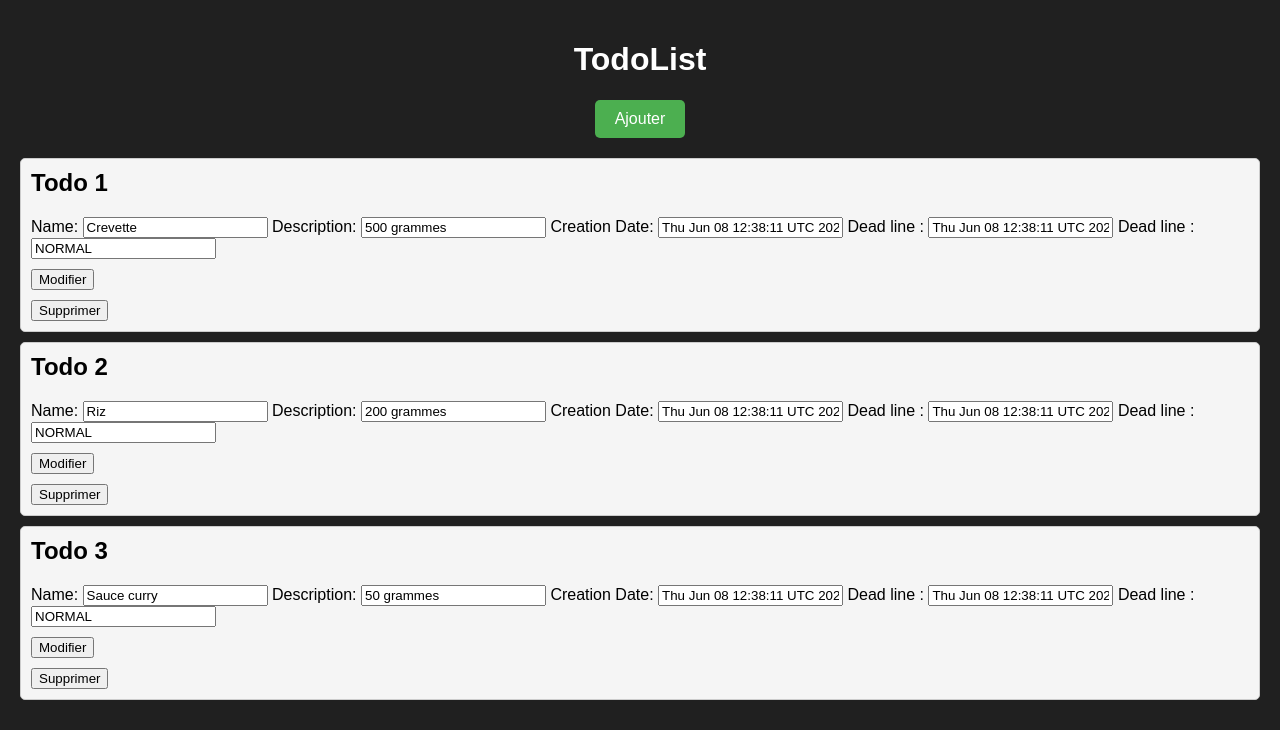
Repository: HugoGit-Hub/TodoList
Page: http://localhost/todo-list/TodoList
These files come from the project's save history. The page is drawn as it stood at one moment and after the next save; the edit follows.
The browser window is 1280 px wide. The pictures show the whole page.
The page is served by Tomcat 9. Other server files are loaded and not shown.

Above is the page before, as saved 2023-06-08 17:17:07.

### todo-list/src/main/webapp/jsp/todoList.jsp
<%@page import="java.util.ArrayList"%>
<%@page import="java.util.List"%>
<%@page import="fr.keyce.todo_list.model.Todo"%>
<%@page import="java.util.Map"%>
<%@taglib prefix="c" uri="http://java.sun.com/jsp/jstl/core"%>
<%@ page language="java" contentType="text/html; charset=UTF-8"
    pageEncoding="UTF-8"%>
<!DOCTYPE html>
<html>
	<head>
		<meta charset="UTF-8">
		<title>TodoList</title>
		<link href="../css/style.css" rel="stylesheet" type="text/css">
	</head>
	<body>
		<div>
			<h1>TodoList</h1>

			<div class="add-button">
				<c:url var="todoCreateUrl" value="/TodoCreate"/>
				<a href="${todoCreateUrl}">Ajouter</a>
			</div>

			<c:forEach items="${getAllTodo}" var="todo">
				<div class="todo-list">
    				<div class="todo-item">
						<form method="post" action="http://localhost:8080/todo-list/TodoList">
							<h2>Todo ${todo.getId()}</h2>
							<input type="text" id="id" name="id" value="${todo.getId()}" hidden="true">

							<label for="name">Name:</label>
							<input type="text" id="name" name="name" value="${todo.getName()}">

					 		<label for="description">Description:</label>
							<input type="text" id="description" name="description" value="${todo.getDescription()}">

							<label for="creationDate">Creation Date:</label>
							<input type="text" id="creationDate" name="creationDate" value="${todo.getCreationDate()}">

							<label for="deadLine">Dead line :</label>
							<input type="text" id="deadLine" name="deadLine" value="${todo.getDeadLine()}">

							<label for="priority">Dead line :</label>
							<input type="text" id="priority" name="priority" value="${todo.getPriority()}">
					 		<div class="buttons">
								<input type="submit" name="action" value="Modifier">
							</div>
						</form>

					 	<form method="post" action="http://localhost:8080/todo-list/TodoList">
							<input type="hidden" name="id" value="${todo.getId()}">
							<div class="buttons">
								<input type="submit" name="action" value="Supprimer">
							</div>
						</form>
					</div>
				</div>
			</c:forEach>
		</div>
	</body>
	<style>
    body {
      font-family: Arial, sans-serif;
      margin: 0;
      padding: 20px;
      background-color: #202020;
    }

    h1 {
      text-align: center;
      color: white;
    }

    .todo-item {
      margin-bottom: 10px;
      padding: 10px;
      border: 1px solid #ccc;
      border-radius: 5px;
      background-color: #f5f5f5;
    }

    .todo-item h2 {
      margin-top: 0;
    }

    .todo-item p {
      margin: 0;
    }

    .todo-item .buttons {
      margin-top: 10px;
    }

    .todo-item .buttons button {
      margin-right: 5px;
    }

    .add-button {
      text-align: center;
      margin-bottom: 20px;
    }

    .add-button a {
      display: inline-block;
      padding: 10px 20px;
      background-color: #4CAF50;
      color: #fff;
      text-decoration: none;
      border-radius: 5px;
    }
  </style>
</html>

### todo-list/src/main/java/fr/keyce/todo_list/controllers/TodoListServlet.java
package fr.keyce.todo_list.controllers;

import java.io.IOException;
import java.text.ParseException;
import java.text.SimpleDateFormat;
import java.util.Date;
import java.util.List;

import javax.servlet.RequestDispatcher;
import javax.servlet.ServletException;
import javax.servlet.annotation.WebServlet;
import javax.servlet.http.HttpServlet;
import javax.servlet.http.HttpServletRequest;
import javax.servlet.http.HttpServletResponse;

import fr.keyce.todo_list.model.Priority;
import fr.keyce.todo_list.model.Todo;
import fr.keyce.todo_list.services.TodoService;
import fr.keyce.todo_list.services.Impl.TodoServiceImpl;

@WebServlet(name = "TodoListServlet", urlPatterns = "/TodoList")
public class TodoListServlet extends HttpServlet {
	private static final long serialVersionUID = 1L;

	private TodoService todoService = TodoServiceImpl.getInstance();

	protected void doGet(HttpServletRequest request, HttpServletResponse response) throws ServletException, IOException {
		System.out.println(request.getRequestURI() + " > forward vers /jsp/todoList.jsp");
		List<Todo> todos = this.todoService.findAll();
		RequestDispatcher requestDispatcher = request.getRequestDispatcher("/jsp/todoList.jsp");
		request.setAttribute("getAllTodo", todos);

		requestDispatcher.forward(request, response);
	}

	protected void doPost(HttpServletRequest request, HttpServletResponse response) throws ServletException, IOException {
		String id = request.getParameter("id");
		String action = request.getParameter("action");

		switch (action) {
			case "Supprimer": {
				todoService.delete(Integer.parseInt(id));
				response.sendRedirect("http://localhost:8080/todo-list/TodoList");
				break;
			}
			case "Modifier":{
				Todo update = new Todo();

				String idTodo = request.getParameter("id");
				update.setId(Integer.parseInt(idTodo));

				String name = request.getParameter("name");
				update.setName(name);

				String description = request.getParameter("description");
				update.setDescription(description);

				String creationDate = request.getParameter("creationDate");
				try {
					Date convertDate = new SimpleDateFormat("dd/MM/yyyy").parse(creationDate);
					update.setCreationDate(convertDate);
				} catch (ParseException e) {
					e.printStackTrace();
				}

				String deadLine = request.getParameter("deadLine");
				try {
					Date convertDate = new SimpleDateFormat("dd/MM/yyyy").parse(deadLine);
					update.setDeadLine(convertDate);
				} catch (ParseException e) {
					e.printStackTrace();
				}

				String priority = request.getParameter("priority");
				switch (priority) {
					case "LOW": {
						update.setPriority(Priority.LOW);
					}
					case "NORMAL": {
						update.setPriority(Priority.NORMAL);
					}
					case "HIGH": {
						update.setPriority(Priority.HIGH);
					}
				}
				todoService.update(update);
				response.sendRedirect("http://localhost:8080/todo-list/TodoList");
				break;
			}
			default:
				throw new IllegalArgumentException("Unexpected value: ");
		}
	}
}

### todo-list/src/main/java/fr/keyce/todo_list/services/Impl/TodoServiceImpl.java
package fr.keyce.todo_list.services.Impl;

import java.util.List;

import fr.keyce.todo_list.dao.TodoDao;
import fr.keyce.todo_list.dao.db.TodoDaoDb;
import fr.keyce.todo_list.model.Todo;
import fr.keyce.todo_list.services.TodoService;

public class TodoServiceImpl implements TodoService {

	private final static TodoServiceImpl INSTANCE = new TodoServiceImpl();

	private TodoServiceImpl() {};

	public static TodoServiceImpl getInstance() {
		return INSTANCE;
	}

	private TodoDao todoDao = TodoDaoDb.getInstance();

	@Override
	public List<Todo> findAll() {
		return this.todoDao.findAll();
	}

	@Override
	public void delete(Integer id) {
		this.todoDao.delete(id);
	}

	@Override
	public Todo update(Todo todo) {
		return this.todoDao.update(todo);
	}

	@Override
	public Todo create(Todo todo) {
		return this.todoDao.create(todo);
	}

}

### todo-list/src/main/java/fr/keyce/todo_list/dao/TodoDao.java
package fr.keyce.todo_list.dao;

import java.util.List;

import fr.keyce.todo_list.model.Todo;

public interface TodoDao {
	public List<Todo> findAll();
	public void delete(Integer id);
	public Todo update(Todo todo);
	public Todo create(Todo todo);
}

### todo-list/src/main/java/fr/keyce/todo_list/dao/db/TodoDaoDb.java
package fr.keyce.todo_list.dao.db;

import java.util.List;

import fr.keyce.todo_list.dao.TodoDao;
import fr.keyce.todo_list.db.Database;
import fr.keyce.todo_list.model.Todo;

public class TodoDaoDb implements TodoDao {

	private final static TodoDaoDb INSTANCE = new TodoDaoDb();

	private TodoDaoDb() {};

	public static TodoDaoDb getInstance() {
		return INSTANCE;
	}

	private Database database = Database.getInstance();

	@Override
	public List<Todo> findAll() {
		return this.database.selectAll();
	}

	@Override
	public void delete(Integer id) {
		this.database.delete(id);
	}

	@Override
	public Todo update(Todo todo) {
		return this.database.update(todo);
	}

	@Override
	public Todo create(Todo todo) {
		return this.database.create(todo);
	}
}

### todo-list/src/main/java/fr/keyce/todo_list/db/Database.java
package fr.keyce.todo_list.db;

import java.util.ArrayList;
import java.util.Date;
import java.util.List;
import java.util.Map;
import java.util.TreeMap;

import fr.keyce.todo_list.model.Priority;
import fr.keyce.todo_list.model.Todo;

public class Database {

	private final static Database INSTANCE = new Database();

	private Map<Integer, Todo> map;

	private Database() {
		this.map = new TreeMap<Integer, Todo>();
		Todo todoCrevette = Todo.create(1, "Crevette", "500 grammes", new Date(), new Date(), Priority.NORMAL);
		this.map.put(todoCrevette.getId(), todoCrevette);
		Todo todoRiz = Todo.create(2, "Riz", "200 grammes", new Date(), new Date(), Priority.NORMAL);
		this.map.put(todoRiz.getId(), todoRiz);
		Todo todoSauceCurry = Todo.create(3, "Sauce curry", "50 grammes", new Date(), new Date(), Priority.NORMAL);
		this.map.put(todoSauceCurry.getId(), todoSauceCurry);
	}

	public static Database getInstance() {
		return INSTANCE;
	}

	public List<Todo> selectAll(){
		var value = this.map.values();
		return new ArrayList<>(value);
	}

	public void delete(Integer id) {
		map.remove(id);
	}

	public Todo update(Todo todo) {
		return map.put(todo.getId(), todo);
	}

	public Todo create(Todo todo) {
		Integer id = map.size() + 1;
		return map.put(id, todo);
	}
}

### todo-list/src/main/java/fr/keyce/todo_list/model/Priority.java
package fr.keyce.todo_list.model;

public enum Priority {

	LOW, NORMAL, HIGH

}

### todo-list/src/main/java/fr/keyce/todo_list/model/Todo.java
package fr.keyce.todo_list.model;

import java.util.Date;

public class Todo {

	private Integer id;

	private String name;

	private String description;

	private Date creationDate;

	private Date deadLine;

	private Priority priority;

	public Todo() {}

	public Integer getId() {
		return id;
	}

	public void setId(Integer id) {
		this.id = id;
	}

	public String getName() {
		return name;
	}

	public void setName(String name) {
		this.name = name;
	}

	public String getDescription() {
		return description;
	}

	public void setDescription(String description) {
		this.description = description;
	}

	public Date getCreationDate() {
		return creationDate;
	}

	public void setCreationDate(Date creationDate) {
		this.creationDate = creationDate;
	}

	public Date getDeadLine() {
		return deadLine;
	}

	public void setDeadLine(Date deadLine) {
		this.deadLine = deadLine;
	}

	public Priority getPriority() {
		return priority;
	}

	public void setPriority(Priority priority) {
		this.priority = priority;
	}

	public final static Todo create(Integer id, String name, String description, Date creationDate, Date deadLine, Priority priority) {
		Todo todo = new Todo();
		todo.id = id;
		todo.name = name;
		todo.description = description;
		todo.creationDate = creationDate;
		todo.deadLine = deadLine;
		todo.priority = priority;
		return todo;
	}
}

### todo-list/src/main/webapp/css/style.css
@charset "UTF-8";

    body {
      font-family: Arial, sans-serif;
      margin: 0;
      padding: 20px;
      background-color: #202020;
    }

    h1 {
      text-align: center;
      color: white;
    }

    .todo-item {
      margin-bottom: 10px;
      padding: 10px;
      border: 1px solid #ccc;
      border-radius: 5px;
      background-color: #f5f5f5;
    }

    .todo-item h2 {
      margin-top: 0;
    }

    .todo-item p {
      margin: 0;
    }

    .todo-item .buttons {
      margin-top: 10px;
    }

    .todo-item .buttons button {
      margin-right: 5px;
    }

    .add-button {
      text-align: center;
      margin-bottom: 20px;
    }

    .add-button a {
      display: inline-block;
      padding: 10px 20px;
      background-color: #4CAF50;
      color: #fff;
      text-decoration: none;
      border-radius: 5px;
    }

After the next save:
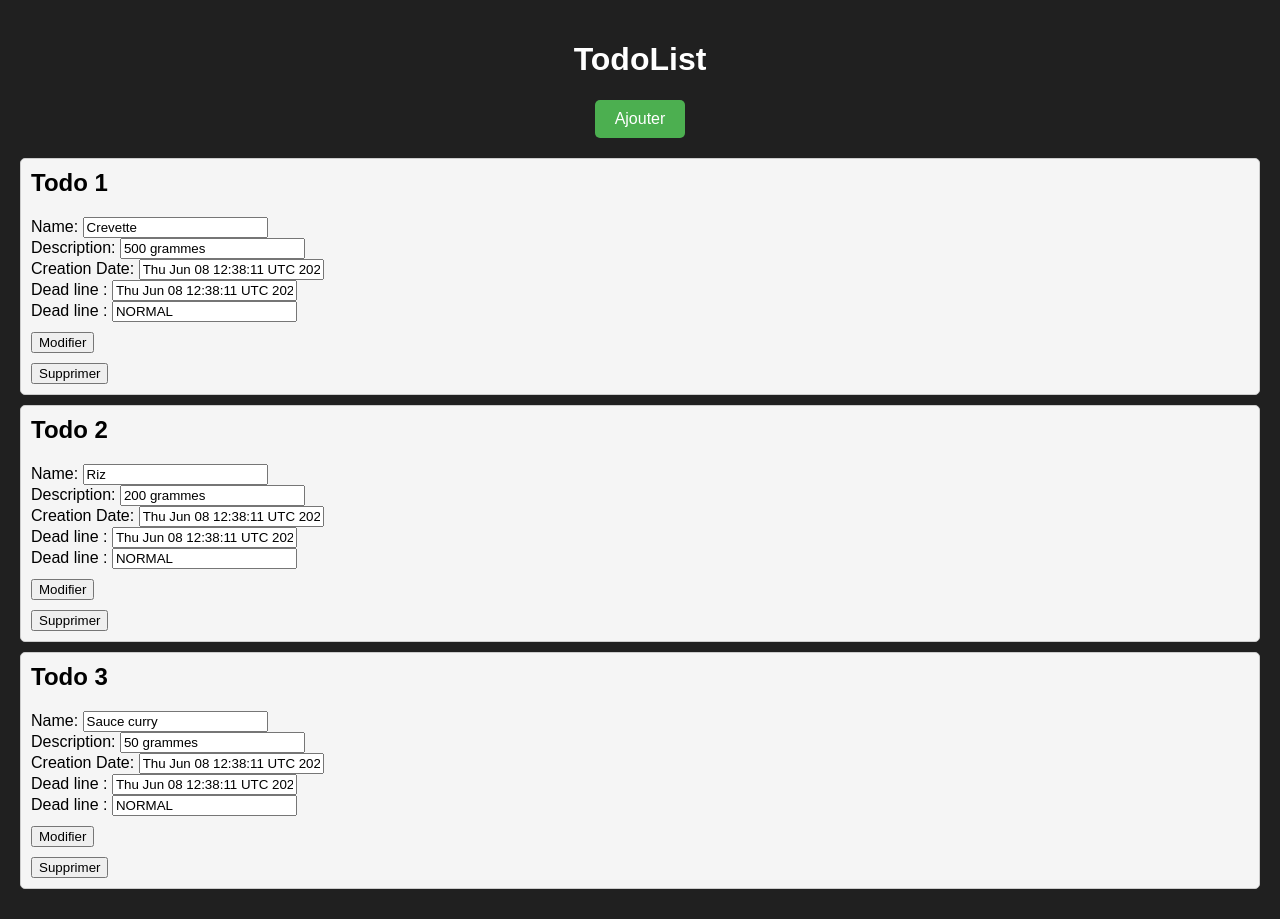
Saved 27 s later.
--- a/todo-list/src/main/webapp/jsp/todoList.jsp
+++ b/todo-list/src/main/webapp/jsp/todoList.jsp
@@ -29,16 +29,16 @@
 							<input type="text" id="id" name="id" value="${todo.getId()}" hidden="true">
 
 							<label for="name">Name:</label>
-							<input type="text" id="name" name="name" value="${todo.getName()}">
+							<input type="text" id="name" name="name" value="${todo.getName()}"><br/>
 
 					 		<label for="description">Description:</label>
-							<input type="text" id="description" name="description" value="${todo.getDescription()}">
+							<input type="text" id="description" name="description" value="${todo.getDescription()}"><br/>
 
 							<label for="creationDate">Creation Date:</label>
-							<input type="text" id="creationDate" name="creationDate" value="${todo.getCreationDate()}">
+							<input type="text" id="creationDate" name="creationDate" value="${todo.getCreationDate()}"><br/>
 
 							<label for="deadLine">Dead line :</label>
-							<input type="text" id="deadLine" name="deadLine" value="${todo.getDeadLine()}">
+							<input type="text" id="deadLine" name="deadLine" value="${todo.getDeadLine()}"><br/>
 
 							<label for="priority">Dead line :</label>
 							<input type="text" id="priority" name="priority" value="${todo.getPriority()}">
